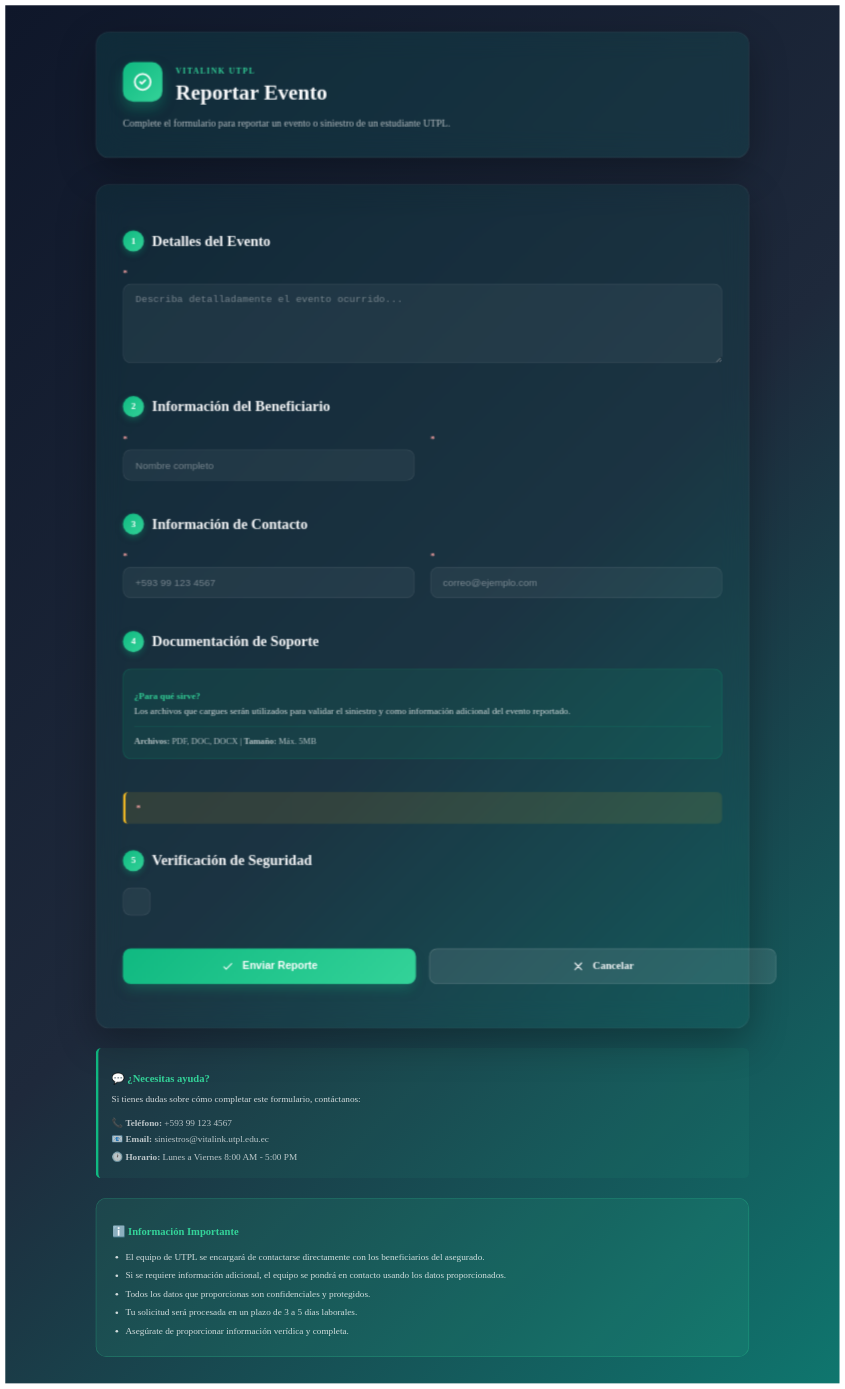
Repository: Carlosmicael/seguroVitaLink
Page: templates/siniestros/formulario_activacion.html
An editor plug-in stored every save of this project. The page is shown before and after the next save, followed by the edit.
The browser window is 1280 px wide. The pictures show the whole page, at 66% of full size.
The template is drawn by Django 5.2. The application's start-up code is not run. Other server files are loaded and not shown. The template is opened directly, without the code that normally fills it, so the values that code supplies are empty.

Above is the page before, as saved 2026-01-22 21:48:55.

### templates/siniestros/formulario_activacion.html
{% load static %}


{% block content %}
<style>
@keyframes fadeIn {
    from { opacity: 0; transform: translateY(20px); }
    to { opacity: 1; transform: translateY(0); }
}

.form-section {
    animation: fadeIn 0.6s ease-out;
}

.input-field {
    background: rgba(255, 255, 255, 0.05);
    border: 1px solid rgba(255, 255, 255, 0.1);
    border-radius: 12px;
    padding: 14px 18px;
    color: #f9fafb;
    font-size: 15px;
    transition: all 0.3s ease;
    width: 100%;
}

.input-field:focus {
    outline: none;
    background: rgba(255, 255, 255, 0.08);
    border-color: #10b981;
    box-shadow: 0 0 0 3px rgba(16, 185, 129, 0.1);
}

.input-field::placeholder {
    color: rgba(255, 255, 255, 0.4);
}

textarea.input-field {
    min-height: 120px;
    resize: vertical;
}

select.input-field {
    appearance: none;
    background-image: url("data:[embedded picture, 228 characters]");
    background-repeat: no-repeat;
    background-position: right 12px center;
    background-size: 20px;
    padding-right: 40px;
}

.btn-primary {
    background: linear-gradient(135deg, #10b981 0%, #34d399 100%);
    color: white;
    font-weight: 700;
    padding: 16px 40px;
    border-radius: 12px;
    font-size: 16px;
    border: none;
    cursor: pointer;
    transition: all 0.3s ease;
    box-shadow: 0 10px 20px -5px rgba(16, 185, 129, 0.3);
    width: 100%;
}

.btn-primary:hover {
    transform: translateY(-2px);
    box-shadow: 0 15px 30px -5px rgba(16, 185, 129, 0.4);
}

.btn-secondary {
    background: rgba(255, 255, 255, 0.1);
    color: #f9fafb;
    font-weight: 600;
    padding: 16px 40px;
    border-radius: 12px;
    font-size: 16px;
    border: 1px solid rgba(255, 255, 255, 0.2);
    cursor: pointer;
    transition: all 0.3s ease;
    text-align: center;
    text-decoration: none;
    display: inline-block;
    width: 100%;
}

.btn-secondary:hover {
    background: rgba(255, 255, 255, 0.15);
    border-color: rgba(255, 255, 255, 0.3);
}

.section-badge {
    display: inline-flex;
    align-items: center;
    justify-content: center;
    width: 32px;
    height: 32px;
    background: linear-gradient(135deg, #10b981 0%, #34d399 100%);
    border-radius: 50%;
    color: white;
    font-weight: 700;
    font-size: 14px;
    margin-right: 12px;
    box-shadow: 0 4px 10px rgba(16, 185, 129, 0.3);
}

.label-text {
    color: rgba(255, 255, 255, 0.9);
    font-size: 14px;
    font-weight: 600;
    margin-bottom: 8px;
    display: block;
}

.error-text {
    color: #fca5a5;
    font-size: 13px;
    margin-top: 6px;
}

.info-box {
    background: rgba(16, 185, 129, 0.1);
    border: 1px solid rgba(16, 185, 129, 0.3);
    border-radius: 12px;
    padding: 16px;
    margin-bottom: 20px;
}

.help-box {
    background: rgba(52, 211, 153, 0.05);
    border-left: 4px solid #10b981;
    border-radius: 8px;
    padding: 20px;
    margin-top: 30px;
}

.checkbox-wrapper {
    display: flex;
    align-items: start;
    gap: 12px;
    background: rgba(251, 191, 36, 0.1);
    border-left: 4px solid #fbbf24;
    border-radius: 8px;
    padding: 16px;
}

.checkbox-wrapper input[type="checkbox"] {
    width: 20px;
    height: 20px;
    cursor: pointer;
    margin-top: 2px;
}

.file-input-wrapper {
    position: relative;
}

.file-input-wrapper input[type="file"] {
    width: 100%;
    padding: 14px;
    background: rgba(255, 255, 255, 0.05);
    border: 2px dashed rgba(255, 255, 255, 0.2);
    border-radius: 12px;
    color: #f9fafb;
    cursor: pointer;
    transition: all 0.3s ease;
}

.file-input-wrapper input[type="file"]:hover {
    background: rgba(255, 255, 255, 0.08);
    border-color: #10b981;
}
</style>

<main style="background: linear-gradient(135deg, #0f172a 0%, #1e293b 50%, #0f766e 100%); min-height: 100vh; padding: 40px 20px;">
    <div style="max-width: 990px; margin: 0 auto;">

        <!-- Header Card -->
        <div style="background: rgba(15, 118, 110, 0.2); backdrop-filter: blur(20px); border-radius: 20px; padding: 40px; margin-bottom: 40px; border: 1px solid rgba(255, 255, 255, 0.1); box-shadow: 0 20px 60px rgba(0, 0, 0, 0.3);">
            <div style="display: flex; align-items: center; gap: 20px; margin-bottom: 16px;">
                <div style="width: 60px; height: 60px; background: linear-gradient(135deg, #10b981 0%, #34d399 100%); border-radius: 16px; display: flex; align-items: center; justify-content: center; box-shadow: 0 10px 20px rgba(16, 185, 129, 0.3);">
                    <svg style="width: 32px; height: 32px; color: white;" fill="none" stroke="currentColor" viewBox="0 0 24 24">
                        <path stroke-linecap="round" stroke-linejoin="round" stroke-width="2" d="M9 12l2 2 4-4m6 2a9 9 0 11-18 0 9 9 0 0118 0z"></path>
                    </svg>
                </div>
                <div>
                    <p style="color: #34d399; font-size: 12px; font-weight: 700; text-transform: uppercase; letter-spacing: 2px; margin-bottom: 4px;">VITALINK UTPL</p>
                    <h1 style="font-size: 32px; font-weight: 900; color: #f9fafb; line-height: 1.2; margin: 0;">Reportar Evento</h1>
                </div>
            </div>
            <p style="color: rgba(255, 255, 255, 0.7); font-size: 15px; line-height: 1.6; margin: 0;">
                Complete el formulario para reportar un evento o siniestro de un estudiante UTPL.
            </p>
        </div>

        <!-- Main Form Card -->
        <div style="background: rgba(15, 118, 110, 0.15); backdrop-filter: blur(20px); border-radius: 20px; padding: 50px 40px; border: 1px solid rgba(255, 255, 255, 0.1); box-shadow: 0 20px 60px rgba(0, 0, 0, 0.3);">
            <form method="POST" enctype="multipart/form-data" id="activacionForm" url="reportar_evento">
                {% csrf_token %}

                <!-- Sección 1: Detalles del Evento -->
                <div style="margin-bottom: 50px;" class="form-section">
                    <h2 style="font-size: 22px; font-weight: 700; color: #f9fafb; margin-bottom: 25px; display: flex; align-items: center;">
                        <span class="section-badge">1</span>
                        Detalles del Evento
                    </h2>

                    <div style="margin-bottom: 24px;">
                        <label for="{{ form.descripcion.id_for_label }}" class="label-text">
                            {{ form.descripcion.label }}
                            <span style="color: #fca5a5;">*</span>
                        </label>
                        <textarea name="{{ form.descripcion.name }}" id="{{ form.descripcion.id_for_label }}" class="input-field" placeholder="Describa detalladamente el evento ocurrido..." required>{{ form.descripcion.value|default:'' }}</textarea>
                        {% if form.descripcion.errors %}
                            <div class="error-text">{{ form.descripcion.errors.0 }}</div>
                        {% endif %}
                    </div>
                </div>

                <!-- Sección 2: Información del Beneficiario -->
                <div style="margin-bottom: 50px;" class="form-section">
                    <h2 style="font-size: 22px; font-weight: 700; color: #f9fafb; margin-bottom: 25px; display: flex; align-items: center;">
                        <span class="section-badge">2</span>
                        Información del Beneficiario
                    </h2>

                    <div style="display: grid; grid-template-columns: repeat(auto-fit, minmax(250px, 1fr)); gap: 24px;">
                        <div>
                            <label for="{{ form.nombre_beneficiario.id_for_label }}" class="label-text">
                                {{ form.nombre_beneficiario.label }}
                                <span style="color: #fca5a5;">*</span>
                            </label>
                            <input type="text" name="{{ form.nombre_beneficiario.name }}" id="{{ form.nombre_beneficiario.id_for_label }}" class="input-field" placeholder="Nombre completo" value="{{ form.nombre_beneficiario.value|default:'' }}" required>
                            {% if form.nombre_beneficiario.errors %}
                                <div class="error-text">{{ form.nombre_beneficiario.errors.0 }}</div>
                            {% endif %}
                        </div>

                        <div>
                            <label for="{{ form.relacion_beneficiario.id_for_label }}" class="label-text">
                                {{ form.relacion_beneficiario.label }}
                                <span style="color: #fca5a5;">*</span>
                            </label>
                            {{ form.relacion_beneficiario }}
                            {% if form.relacion_beneficiario.errors %}
                                <div class="error-text">{{ form.relacion_beneficiario.errors.0 }}</div>
                            {% endif %}
                        </div>
                    </div>
                </div>

                <!-- Sección 3: Contacto -->
                <div style="margin-bottom: 50px;" class="form-section">
                    <h2 style="font-size: 22px; font-weight: 700; color: #f9fafb; margin-bottom: 25px; display: flex; align-items: center;">
                        <span class="section-badge">3</span>
                        Información de Contacto
                    </h2>

                    <div style="display: grid; grid-template-columns: repeat(auto-fit, minmax(250px, 1fr)); gap: 24px;">
                        <div>
                            <label for="{{ form.telefono.id_for_label }}" class="label-text">
                                {{ form.telefono.label }}
                                <span style="color: #fca5a5;">*</span>
                            </label>
                            <input type="tel" name="{{ form.telefono.name }}" id="{{ form.telefono.id_for_label }}" class="input-field" placeholder="+593 99 123 4567" value="{{ form.telefono.value|default:'' }}" required>
                            {% if form.telefono.errors %}
                                <div class="error-text">{{ form.telefono.errors.0 }}</div>
                            {% endif %}
                        </div>

                        <div>
                            <label for="{{ form.email.id_for_label }}" class="label-text">
                                {{ form.email.label }}
                                <span style="color: #fca5a5;">*</span>
                            </label>
                            <input type="email" name="{{ form.email.name }}" id="{{ form.email.id_for_label }}" class="input-field" placeholder="correo@ejemplo.com" value="{{ form.email.value|default:'' }}" required>
                            {% if form.email.errors %}
                                <div class="error-text">{{ form.email.errors.0 }}</div>
                            {% endif %}
                        </div>
                    </div>
                </div>

                <!-- Sección 4: Documentación -->
                <div style="margin-bottom: 50px;" class="form-section">
                    <h2 style="font-size: 22px; font-weight: 700; color: #f9fafb; margin-bottom: 25px; display: flex; align-items: center;">
                        <span class="section-badge">4</span>
                        Documentación de Soporte
                    </h2>

                    <div class="info-box">
                        <p style="color: rgba(255, 255, 255, 0.85); font-size: 14px; line-height: 1.6; margin-bottom: 12px;">
                            <strong style="color: #34d399;">¿Para qué sirve?</strong><br>
                            Los archivos que cargues serán utilizados para validar el siniestro y como información adicional del evento reportado.
                        </p>
                        <hr style="border: none; border-top: 1px solid rgba(16, 185, 129, 0.2); margin: 12px 0;">
                        <p style="color: rgba(255, 255, 255, 0.7); font-size: 13px; line-height: 1.5; margin: 0;">
                            <strong>Archivos:</strong> PDF, DOC, DOCX | <strong>Tamaño:</strong> Máx. 5MB
                        </p>
                    </div>

                    <div class="file-input-wrapper">
                        <label for="{{ form.archivo_documento.id_for_label }}" class="label-text">
                            {{ form.archivo_documento.label }}
                        </label>
                        {{ form.archivo_documento }}
                        {% if form.archivo_documento.errors %}
                            <div class="error-text">{{ form.archivo_documento.errors.0 }}</div>
                        {% endif %}
                    </div>
                </div>

                <!-- Sección 5: Consentimiento -->
                <div style="margin-bottom: 40px;" class="form-section">
                    <div class="checkbox-wrapper">
                        {{ form.acepta_terminos }}
                        <label for="{{ form.acepta_terminos.id_for_label }}" style="color: rgba(255, 255, 255, 0.9); font-size: 14px; font-weight: 600; flex: 1;">
                            {{ form.acepta_terminos.label }}
                            <span style="color: #fca5a5;">*</span>
                        </label>
                    </div>
                    {% if form.acepta_terminos.errors %}
                        <div class="error-text" style="margin-left: 32px;">{{ form.acepta_terminos.errors.0 }}</div>
                    {% endif %}
                </div>

                <!-- Sección 6: reCAPTCHA -->
                <div style="margin-bottom: 40px;" class="form-section">
                    <h2 style="font-size: 22px; font-weight: 700; color: #f9fafb; margin-bottom: 25px; display: flex; align-items: center;">
                        <span class="section-badge">5</span>
                        Verificación de Seguridad
                    </h2>

                    <div style="background: rgba(255, 255, 255, 0.05); border: 1px solid rgba(255, 255, 255, 0.1); border-radius: 12px; padding: 20px; display: inline-block;">
                        {% if form.captcha.errors %}
                            <div class="error-text" style="margin-bottom: 12px;">{{ form.captcha.errors.0 }}</div>
                        {% endif %}
                        {{ form.captcha }}
                    </div>
                </div>

                <!-- Botones de Acción -->
                <div style="display: grid; grid-template-columns: repeat(auto-fit, minmax(200px, 1fr)); gap: 20px; margin-top: 50px;">
                    <button type="submit" class="btn-primary" >
                        <svg style="display: inline-block; width: 20px; height: 20px; margin-right: 8px; vertical-align: middle;" fill="none" stroke="currentColor" viewBox="0 0 24 24">
                            <path stroke-linecap="round" stroke-linejoin="round" stroke-width="2" d="M5 13l4 4L19 7"></path>
                        </svg>
                        Enviar Reporte
                    </button>
                    <a href="{% url 'inicio' %}" class="btn-secondary">
                        <svg style="display: inline-block; width: 20px; height: 20px; margin-right: 8px; vertical-align: middle;" fill="none" stroke="currentColor" viewBox="0 0 24 24">
                            <path stroke-linecap="round" stroke-linejoin="round" stroke-width="2" d="M6 18L18 6M6 6l12 12"></path>
                        </svg>
                        Cancelar
                    </a>
                </div>
            </form>
        </div>

        <!-- Help Box -->
        <div class="help-box">
            <h3 style="color: #34d399; font-size: 16px; font-weight: 700; margin-bottom: 12px;">💬 ¿Necesitas ayuda?</h3>
            <p style="color: rgba(255, 255, 255, 0.8); font-size: 14px; margin-bottom: 16px;">Si tienes dudas sobre cómo completar este formulario, contáctanos:</p>
            <div style="color: rgba(255, 255, 255, 0.7); font-size: 14px; line-height: 1.8;">
                <p style="margin: 0;">📞 <strong>Teléfono:</strong> +593 99 123 4567</p>
                <p style="margin: 0;">📧 <strong>Email:</strong> siniestros@vitalink.utpl.edu.ec</p>
                <p style="margin: 0;">🕐 <strong>Horario:</strong> Lunes a Viernes 8:00 AM - 5:00 PM</p>
            </div>
        </div>

        <!-- Info Box -->
        <div style="margin-top: 30px; background: rgba(52, 211, 153, 0.1); border: 1px solid rgba(52, 211, 153, 0.3); border-radius: 16px; padding: 24px;">
            <h3 style="color: #34d399; font-size: 16px; font-weight: 700; margin-bottom: 16px;">ℹ️ Información Importante</h3>
            <ul style="color: rgba(255, 255, 255, 0.8); font-size: 14px; line-height: 2; margin: 0; padding-left: 20px;">
                <li>El equipo de UTPL se encargará de contactarse directamente con los beneficiarios del asegurado.</li>
                <li>Si se requiere información adicional, el equipo se pondrá en contacto usando los datos proporcionados.</li>
                <li>Todos los datos que proporcionas son confidenciales y protegidos.</li>
                <li>Tu solicitud será procesada en un plazo de 3 a 5 días laborales.</li>
                <li>Asegúrate de proporcionar información verídica y completa.</li>
            </ul>
        </div>
    </div>
</main>

<script>
document.addEventListener('DOMContentLoaded', function() {
    const formFields = document.querySelectorAll('input[type="text"], input[type="email"], input[type="tel"], select, textarea');
    formFields.forEach(field => {
        if (!field.classList.contains('input-field')) {
            field.classList.add('input-field');
        }
    });

    const fileInput = document.querySelector('input[type="file"]');
    if (fileInput && !fileInput.classList.contains('input-field')) {
        fileInput.style.cssText = `
            width: 100%;
            padding: 14px;
            background: rgba(255, 255, 255, 0.05);
            border: 2px dashed rgba(255, 255, 255, 0.2);
            border-radius: 12px;
            color: #f9fafb;
            cursor: pointer;
            transition: all 0.3s ease;
        `;
    }
});
</script>
{% endblock %}

{% block extra_js %}
<script src="https://www.google.com/recaptcha/api.js" async defer></script>
{% endblock %}

After the next save:
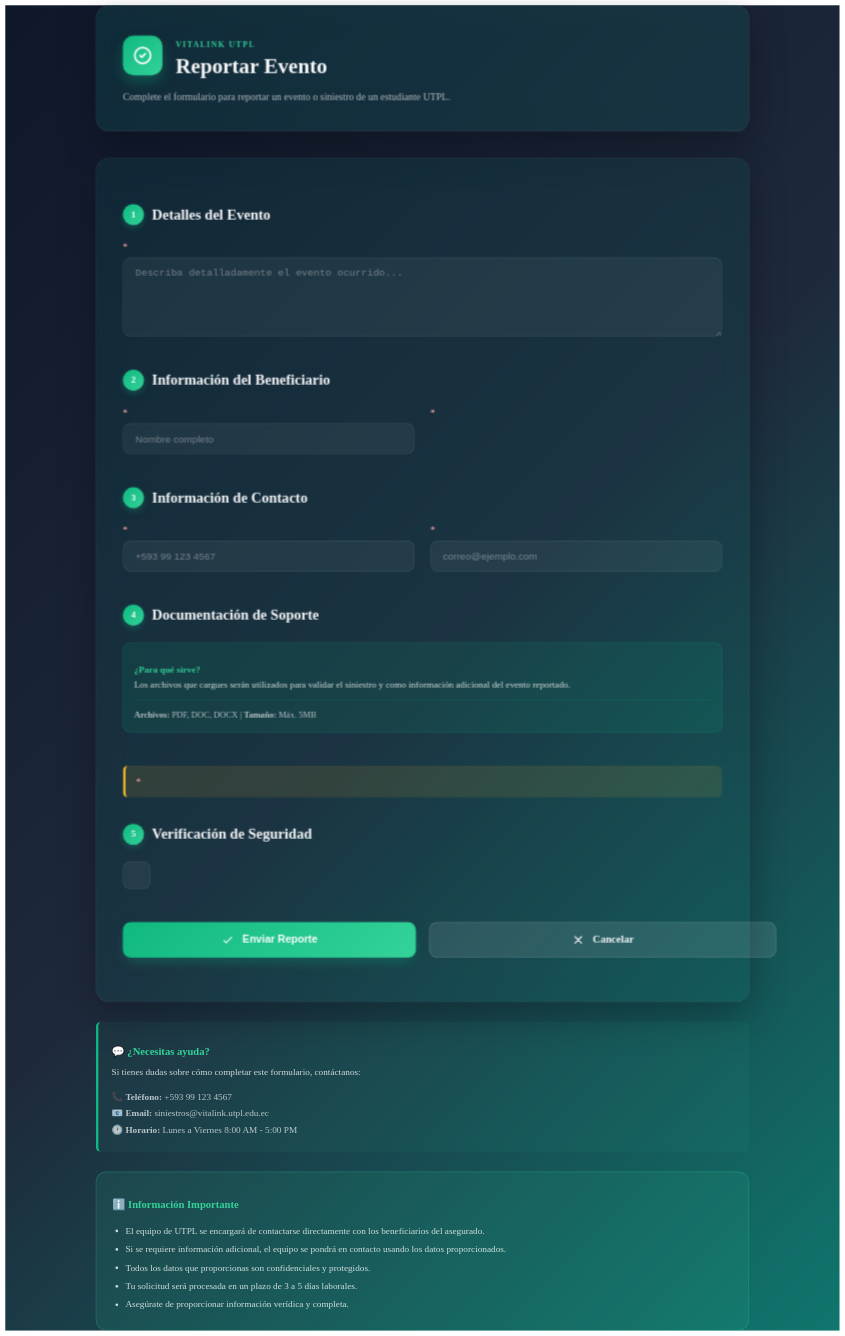
Saved 15 s later.
--- a/templates/siniestros/formulario_activacion.html
+++ b/templates/siniestros/formulario_activacion.html
@@ -171,7 +171,7 @@
 }
 </style>
 
-<main style="background: linear-gradient(135deg, #0f172a 0%, #1e293b 50%, #0f766e 100%); min-height: 100vh; padding: 40px 20px;">
+<main style="background: linear-gradient(135deg, #0f172a 0%, #1e293b 50%, #0f766e 100%); min-height: 100vh;;">
     <div style="max-width: 990px; margin: 0 auto;">
 
         <!-- Header Card -->

After the save that followed:
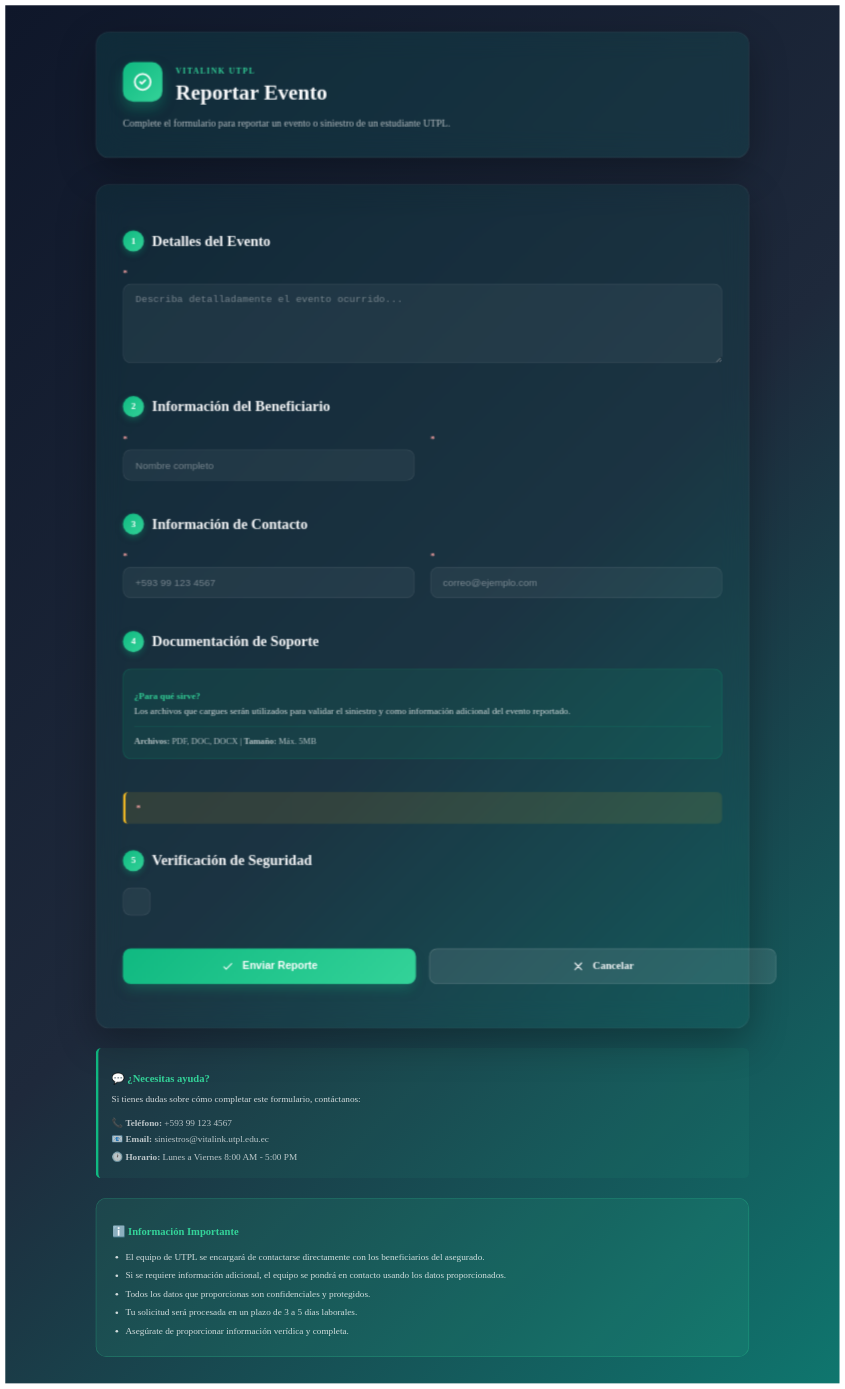
Saved 6 s later.
--- a/templates/siniestros/formulario_activacion.html
+++ b/templates/siniestros/formulario_activacion.html
@@ -171,7 +171,7 @@
 }
 </style>
 
-<main style="background: linear-gradient(135deg, #0f172a 0%, #1e293b 50%, #0f766e 100%); min-height: 100vh;;">
+<main style="background: linear-gradient(135deg, #0f172a 0%, #1e293b 50%, #0f766e 100%); min-height: 100vh; padding: 40px 20px;">
     <div style="max-width: 990px; margin: 0 auto;">
 
         <!-- Header Card -->
